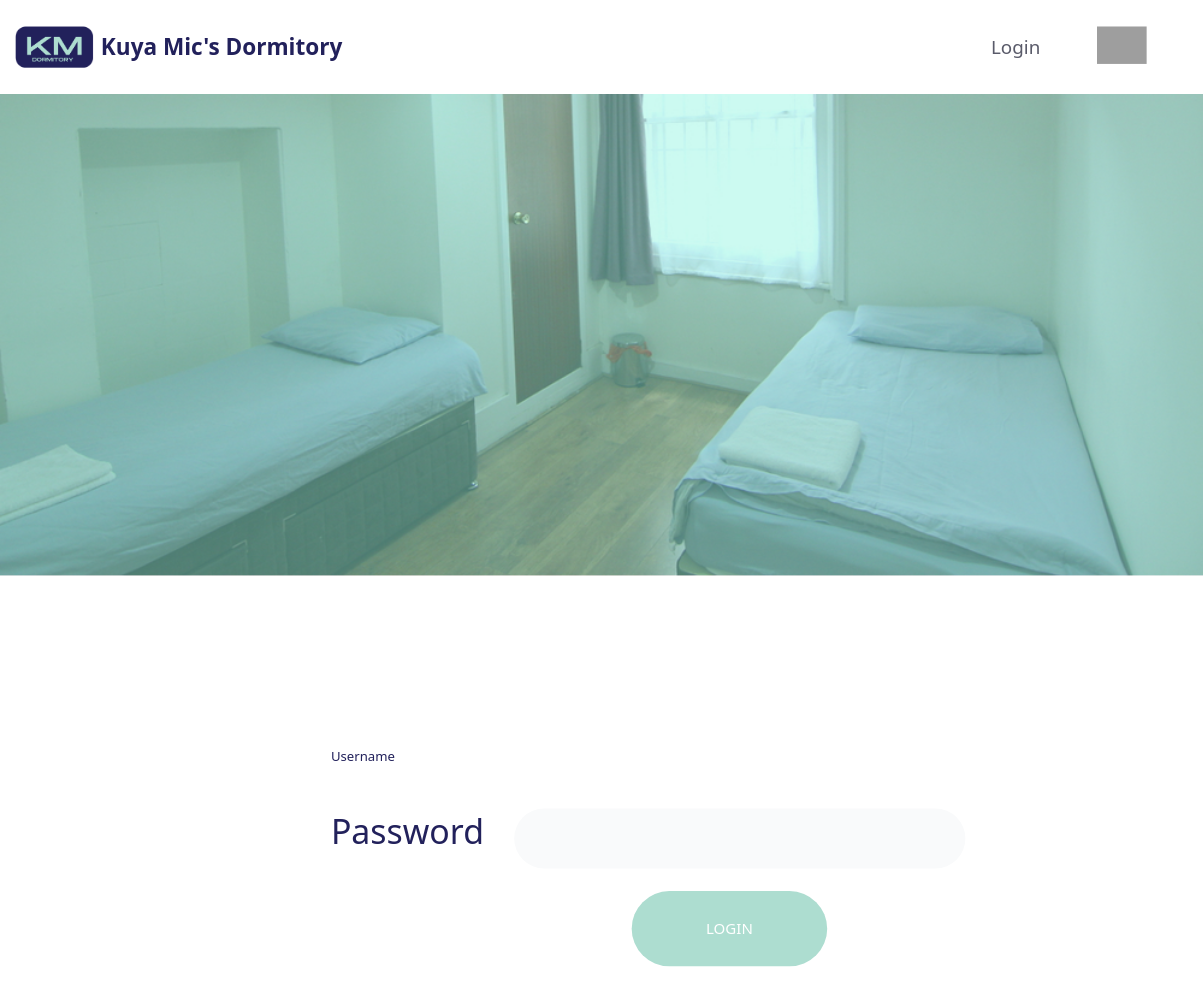
Repository: theamgri/Dormitory-Management-System
Page: login.html
The author's editor kept a copy of each file at every save. The page is drawn from the files as they stood at one save, then again after the next save.
The browser window is 1280 px wide. The pictures show the whole page, at 94% of full size.
Pictures or frames that could not be fetched are drawn as grey boxes. Some web libraries are served in a nearby version.

Above is the page before, as saved 2022-12-06 09:23:15.

### login.html
<!DOCTYPE html>
<html lang="en">
<head>
    <script src="https://cdn.tailwindcss.com"></script>
    <meta charset="UTF-8">
    <meta http-equiv="X-UA-Compatible" content="IE=edge">
    <meta name="viewport" content="width=device-width, initial-scale=1.0">
    <link rel="icon" type="image/x-icon" href="/assets/logo.png">
    <title>Login</title>

    <nav class="bg-white border-gray-200 px-2 sm:px-4 py-1 rounded dark:bg-gray-100">
        <div class="container flex flex-wrap items-center justify-between mx-auto">
          <a href="https://flowbite.com/" class="flex sm:items-left">
              <img src="/assets/logo.png" class="h-11" alt="KM Logo" />
              <span class="self-center align-middle pl-2 text-2xl font-Montserrat font-bold whitespace-nowrap" style="color: #22215B">Kuya Mic's Dormitory </span>

          </a>

          <button data-collapse-toggle="navbar-default" type="button" class="inline-flex items-center p-2 ml-3 text-sm text-gray-500 rounded-lg md:hidden hover:bg-gray-100 focus:outline-none focus:ring-2 focus:ring-gray-200 dark:text-gray-400 dark:hover:bg-gray-700 dark:focus:ring-gray-600" aria-controls="navbar-default" aria-expanded="false">
          <svg class="w-6 h-6" aria-hidden="true" fill="currentColor" viewBox="0 0 20 20" xmlns="http://www.w3.org/2000/svg"><path fill-rule="evenodd" d="M3 5a1 1 0 011-1h12a1 1 0 110 2H4a1 1 0 01-1-1zM3 10a1 1 0 011-1h12a1 1 0 110 2H4a1 1 0 01-1-1zM3 15a1 1 0 011-1h12a1 1 0 110 2H4a1 1 0 01-1-1z" clip-rule="evenodd"></path></svg>
          </button>
          <div class="hidden w-full md:block md:w-auto" id="navbar-default">
            <ul class="flex flex-col p-4 mt-4 border border-gray-100 rounded-lg md:flex-row md:space-x-8 md:mt-0 md:text-sm md:font-medium md:border-0">
              <li>
                <a href="#" class="block bg-blue-700 font-Montserrat rounded text-xl md:bg-transparent md:text-blue-700 md:p-4" aria-current="page" style="color: #5A5B6A">Login</a>
              </li>
              <li>
                <a href="#" class="block py-2 pl-3 pr-4" aria-current="page"><img src="https://icones.pro/wp-content/uploads/2021/02/icone-utilisateur-gris.png" class="h-1 mr-3 sm:h-10" alt="KM Logo" /></a>
              </li>
            </ul>
          </div>

        </div>
      </nav>

</head>
<body>
    <div class=" w-full bg-cover bg-bottom" style="height:32rem; background-image: url(/assets/dorm.png);">

        <div class="flex items-center justify-center h-full w-full bg-teal-200 bg-opacity-50">

        </div>
    </div>

        <div class="items-center space-y-4 md:space-y-6 sm:p-8 sm:px-3" style="padding-top: 10rem; padding-left: 20rem">

                <div>
                    <label for="email" class="inline-block text-4xl text-sm font-medium text-gray-900" style="color: #22215B; padding-left: 2rem;">Username</label>
                    <input type="email" name="email" id="email" style="height: 4rem; width:30rem;" class="ml-6 inline-block bg-gray-10 text-gray-900 sm:text-sm rounded-full focus:ring-primary-600 focus:border-primary-600 block p-3.5 dark:bg-gray-100 dark:placeholder-gray-400  " required="">
                </div>
                <div>
                    <label for="password" class="inline-block sm:text-4xl font-medium text-gray-900" style="color: #22215B; padding-left: 2rem;">Password</label>
                    <input type="password" name="password" id="password" style="height: 4rem; width:30rem;" class="ml-7 inline-block bg-gray-50  sm:text-sm rounded-full focus:ring-primary-600 focus:border-primary-600 block p-3.5 dark:bg-gray-100 dark:placeholder-gray-400 " required="">


                  </div>



                  <button onclick="location.href='home.html'" type="submit" class="text-white bg-primary-600 focus:ring-4 focus:outline-none focus:ring-primary-300 font-medium rounded-full text-md px-10 py-2.5 sm:text-center " style="margin-left: 22rem; background-color:#ADDDD0; height: 5rem; width: 13rem;">LOGIN</button>


        </div>

</body>
</html>

After the next save:
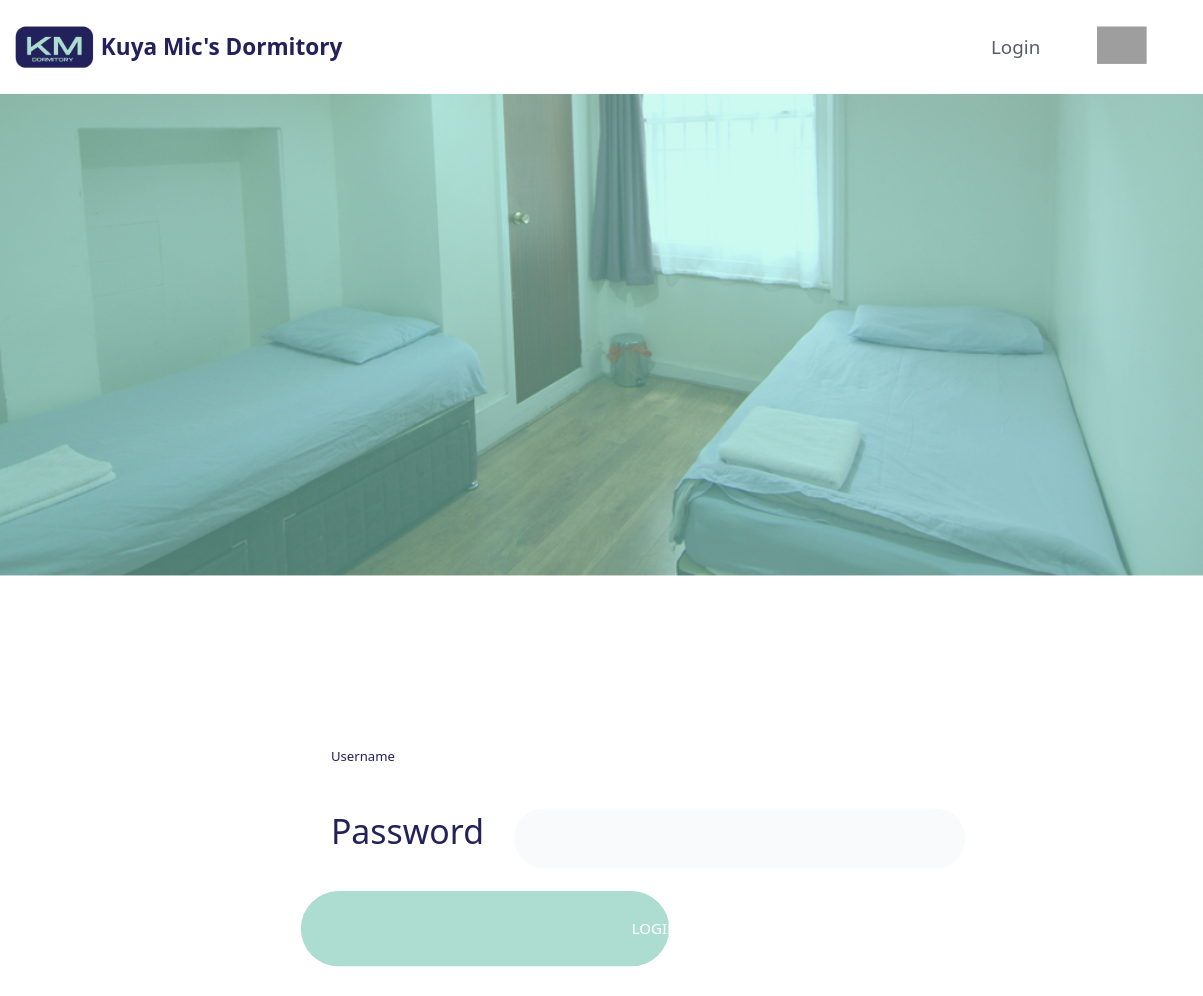
Saved 30 s later.
--- a/login.html
+++ b/login.html
@@ -57,7 +57,7 @@
 
 
 
-                  <button onclick="location.href='home.html'" type="submit" class="text-white bg-primary-600 focus:ring-4 focus:outline-none focus:ring-primary-300 font-medium rounded-full text-md px-10 py-2.5 sm:text-center " style="margin-left: 22rem; background-color:#ADDDD0; height: 5rem; width: 13rem;">LOGIN</button>
+                  <button onclick="location.href='home.html'" type="submit" class="text-white bg-primary-600 focus:ring-4 focus:outline-none focus:ring-primary-300 font-medium rounded-full text-md px-10 py-2.5 sm:text-center " style="padding-left: 22rem; background-color:#ADDDD0; height: 5rem; width: 13rem;">LOGIN</button>
 
 
         </div>

After the save that followed:
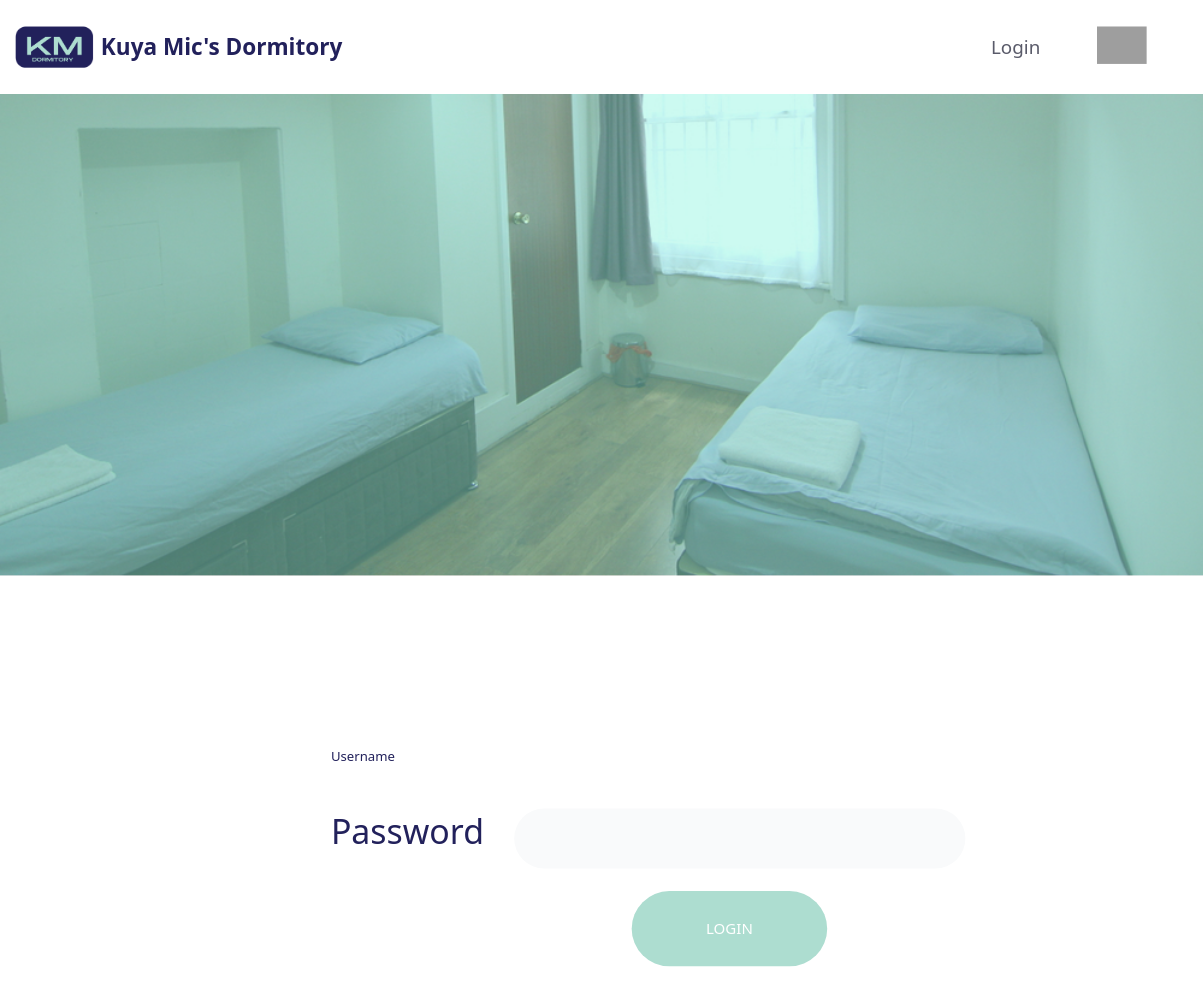
Saved 6 s later.
--- a/login.html
+++ b/login.html
@@ -57,7 +57,7 @@
 
 
 
-                  <button onclick="location.href='home.html'" type="submit" class="text-white bg-primary-600 focus:ring-4 focus:outline-none focus:ring-primary-300 font-medium rounded-full text-md px-10 py-2.5 sm:text-center " style="padding-left: 22rem; background-color:#ADDDD0; height: 5rem; width: 13rem;">LOGIN</button>
+                  <button onclick="location.href='home.html'" type="submit" class="text-white bg-primary-600 focus:ring-4 focus:outline-none focus:ring-primary-300 font-medium rounded-full text-md px-10 py-2.5 sm:text-center " style="margin-left: 22rem; background-color:#ADDDD0; height: 5rem; width: 13rem;">LOGIN</button>
 
 
         </div>
